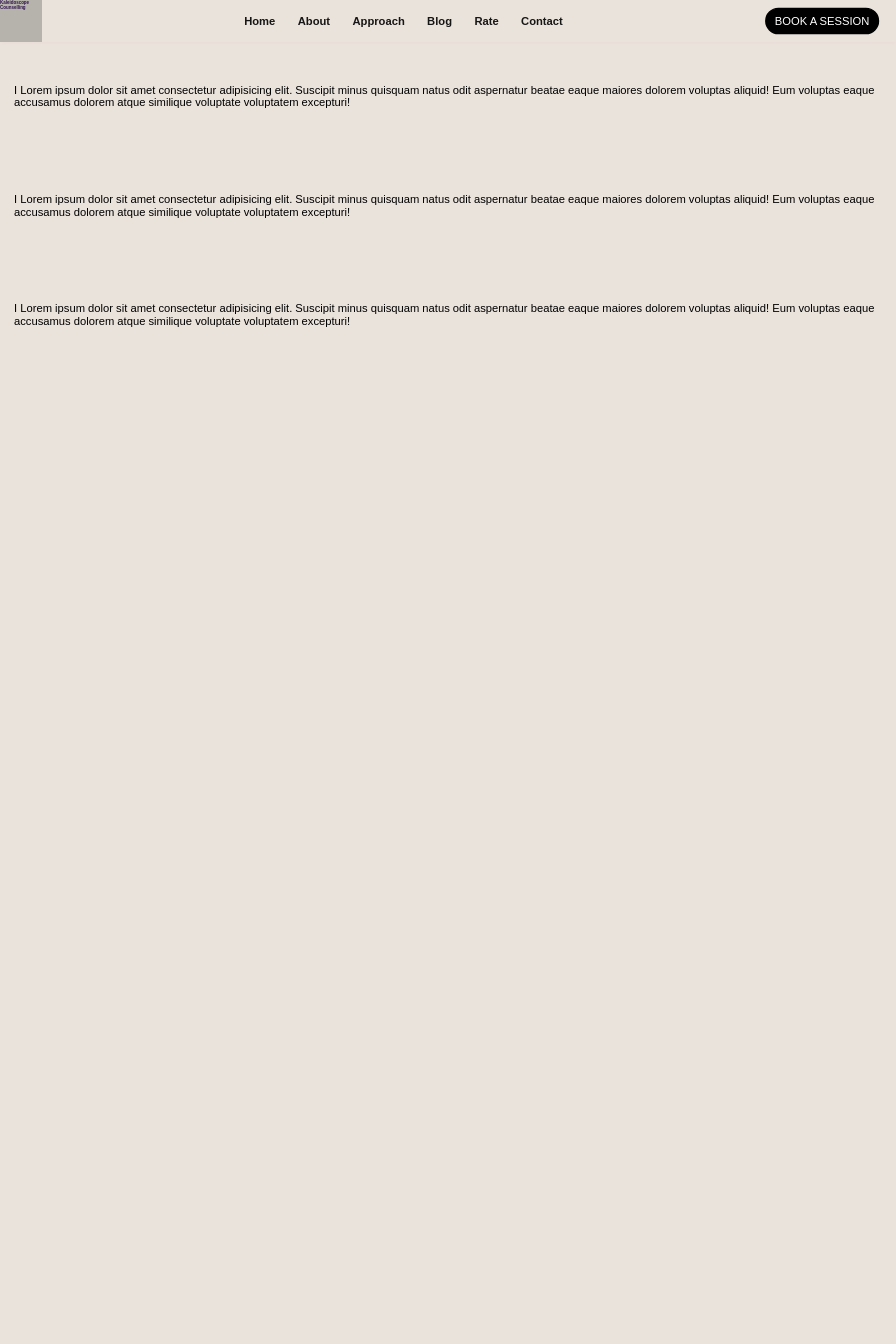
Repository: voutadi/Project1
Page: index.html
These files come from the project's save history. The page is drawn as it stood at one moment and after the next save; the edit follows.
The browser window is 1280 px wide. The pictures show the part of the page from y = 0 to 1920 px (the page is 3120 px tall), at 70% of full size.

Above is the page before, as saved 2024-08-05 00:09:37.

### index.html
<!DOCTYPE html>
<html lang="en">
  <head>
    <meta charset="UTF-8" />
    <meta name="viewport" content="width=device-width, initial-scale=1.0" />
    <link rel="stylesheet" href="styles/style.css" />

    <title>Kaleidoscope Counselling</title>
  </head>
  <body>
    <header>
      <div class="logo-container">
        <div class="logo">
          Kaleidoscope <br />
          Counselling
        </div>
      </div>
      <nav class="navbar">
        <ul>
          <li><a href="#home">Home</a></li>
          <li><a href="https://www.psychologytoday.com/ca/therapists/ava-outadi-port-moody-bc/1111563">About</a></li>
          <li><a href="#approach">Approach</a></li>
          <li><a href="#blog">Blog</a></li>
          <li><a href="#rate">Rate</a></li>
          <li><a href="#contact">Contact</a></li>
        </ul>
      </nav>
      <button>BOOK A SESSION</button>
    </header>

    <p>
      I Lorem ipsum dolor sit amet consectetur adipisicing elit. Suscipit minus
      quisquam natus odit aspernatur beatae eaque maiores dolorem voluptas
      aliquid! Eum voluptas eaque accusamus dolorem atque similique voluptate
      voluptatem excepturi!
    </p>
    <p>
      I Lorem ipsum dolor sit amet consectetur adipisicing elit. Suscipit minus
      quisquam natus odit aspernatur beatae eaque maiores dolorem voluptas
      aliquid! Eum voluptas eaque accusamus dolorem atque similique voluptate
      voluptatem excepturi!
    </p>
    <p>
      I Lorem ipsum dolor sit amet consectetur adipisicing elit. Suscipit minus
      quisquam natus odit aspernatur beatae eaque maiores dolorem voluptas
      aliquid! Eum voluptas eaque accusamus dolorem atque similique voluptate
      voluptatem excepturi!
    </p>
  </body>
</html>

### styles/style.css
* {
  margin: 0;
  padding: 0;
  box-sizing: border-box;
}
body {
  background-color: rgb(234, 227, 220);
  height: 3000px;
  font-family: Arial, Helvetica, sans-serif;
  font-size: 1rem;
}
header {
  max-width: 100%; /*Make sure Take all of her parent element(body)on all different devices .*/
  height: 60px;
  position: fixed;
  top: 0;
  left: 0;
  right: 0;
  background-color: ;
  display: flex;
  justify-content: space-between;
  align-items: center;

  box-shadow: 0 2px 4px rgba(243, 172, 172, 0.15); /* Adds a subtle shadow for depth, optional */
}
.logo-container {
  width: 60px;; /* Put condition for smaller or biger divice*/
  background-color: rgb(181, 179, 172);
  height: 60px;
}
.logo {
  color: rgb(50, 21, 77);
  font-size: 0.4rem;
  font-weight: bold;
}

.navbar ul {
  display: flex;
  flex: 1;
  justify-content: center;
  list-style-type: none;
  flex-wrap: wrap;
}
.navbar li {
  margin: 1rem;
}
.navbar a {
  font-size: 1rem;
  color: rgb(23, 22, 22);
  font-weight: 700;

  text-decoration: none;
}
.navbar a:hover {
  background-color: rgb(184, 175, 175);
  padding: 5px 10px;
  border-radius: 16px;
  transition: 0.15s;
}

.navbar a:active {
  background-color: rgb(166, 162, 162);
  padding: 10px 10px;
  border-radius: 16px;
  transition: 0.15s;

}

button {
  background-color: black;
  color: white;

  font-size: 1rem;
  padding: 8px 12px;
  margin-right: 1.5rem;
  border-width: 2px;
  border-style: solid;
  border-radius: 20px;
  cursor: pointer;
}
button:hover {
  background-color: white;
  color: black;
  transition: 0.15s;
  padding: 12px 18px;
}
button:active {
  padding: 18px 24px;
}
p {
  margin-top: 120px;
  margin-left: 20px;
}
@media (max-width: 380px) {
  body {
    font-size: 0.4rem;/* Smaller font size */

  }
  button {
    font-size: 0.4rem;
    padding: 2px;
    margin-right: 0.4rem;
    border-radius: 8px;
  }
  button:hover {
    font-size: 0.4rem;
    padding: 2px;
  }
  button:active {
    padding: 3px;
  }
  .navbar li {
    margin: 0.2rem;
  }
  .navbar a {
    font-size: 0.5rem;
    margin: 0.2rem ;
  }
}


@media (max-width: 600px) {
  body {
    font-size: 0.5rem;
  } /* Smaller font size */
  button {
    font-size: 0.5rem;
    padding: 2px 4px;
    margin-right: 0.5rem;
    border-radius: 10px;
  }
  button:hover {
    font-size: 0.5rem;
    padding: 2px;
  }
  button:active {
    padding: 3px;
  }
  .navbar li {
    margin: 0.3rem;
  }
  .navbar a {
    font-size: 0.6rem;
  }
}
@media (min-width: 601px) and (max-width: 900px) {
  body {
    font-size: 0.75rem;
  } /* Smaller font size */
  button {
    font-size: 0.75rem;
    padding: 2px 4px;
    margin-right: 0.75rem;
    border-radius: 10px;
  }
  button:hover {
    font-size: 0.75rem;
    padding: 2px;
  }
  button:active {
    padding: 3px;
  }
  .navbar li {
    margin: 0.5rem;
  }
  .navbar a {
    font-size: 0.8rem;
  }
}

After the next save:
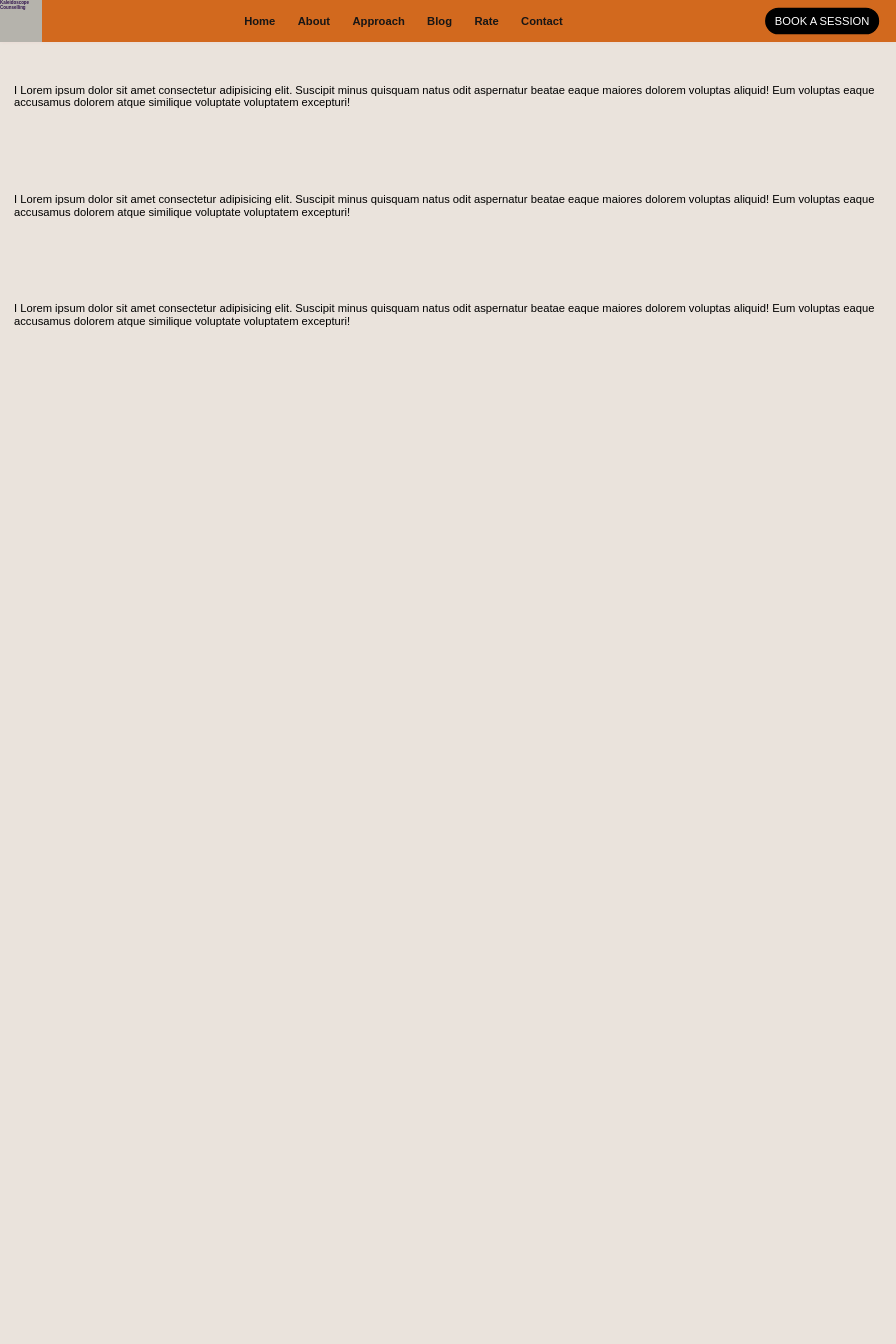
Saved 6 s later.
--- a/styles/style.css
+++ b/styles/style.css
@@ -16,7 +16,7 @@ header {
   top: 0;
   left: 0;
   right: 0;
-  background-color: ;
+  background-color: rgb(210,105,30);
   display: flex;
   justify-content: space-between;
   align-items: center;
